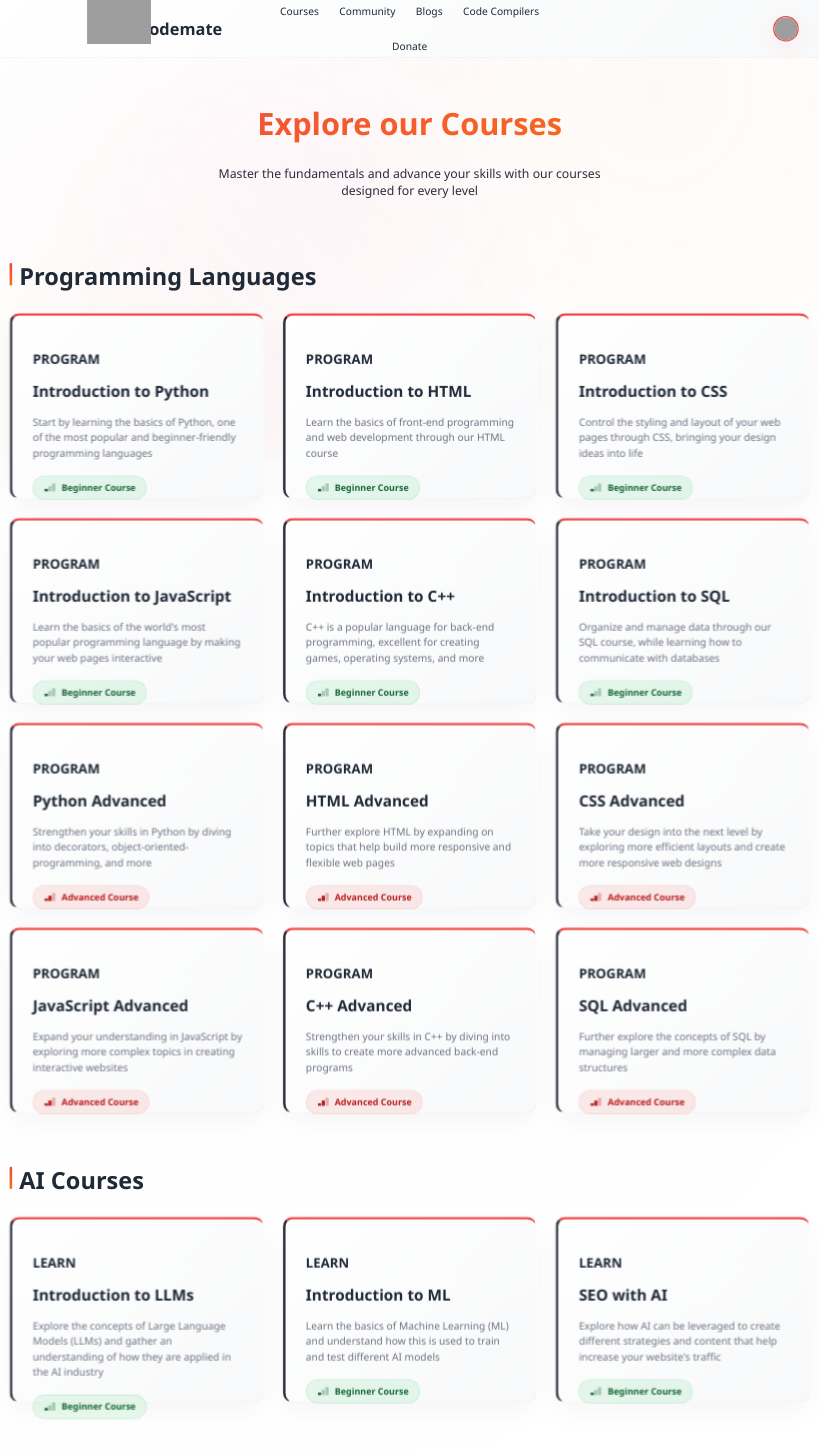
Repository: Duskofnight/code-website
Page: courses-page.html
An editor plug-in stored every save of this project. The page is shown before and after the next save, followed by the edit.
The browser window is 1280 px wide. The pictures show the whole page, at 64% of full size.
Pictures or frames that could not be fetched are drawn as grey boxes.

Above is the page before, as saved 2025-08-11 18:33:21.

After the next save:
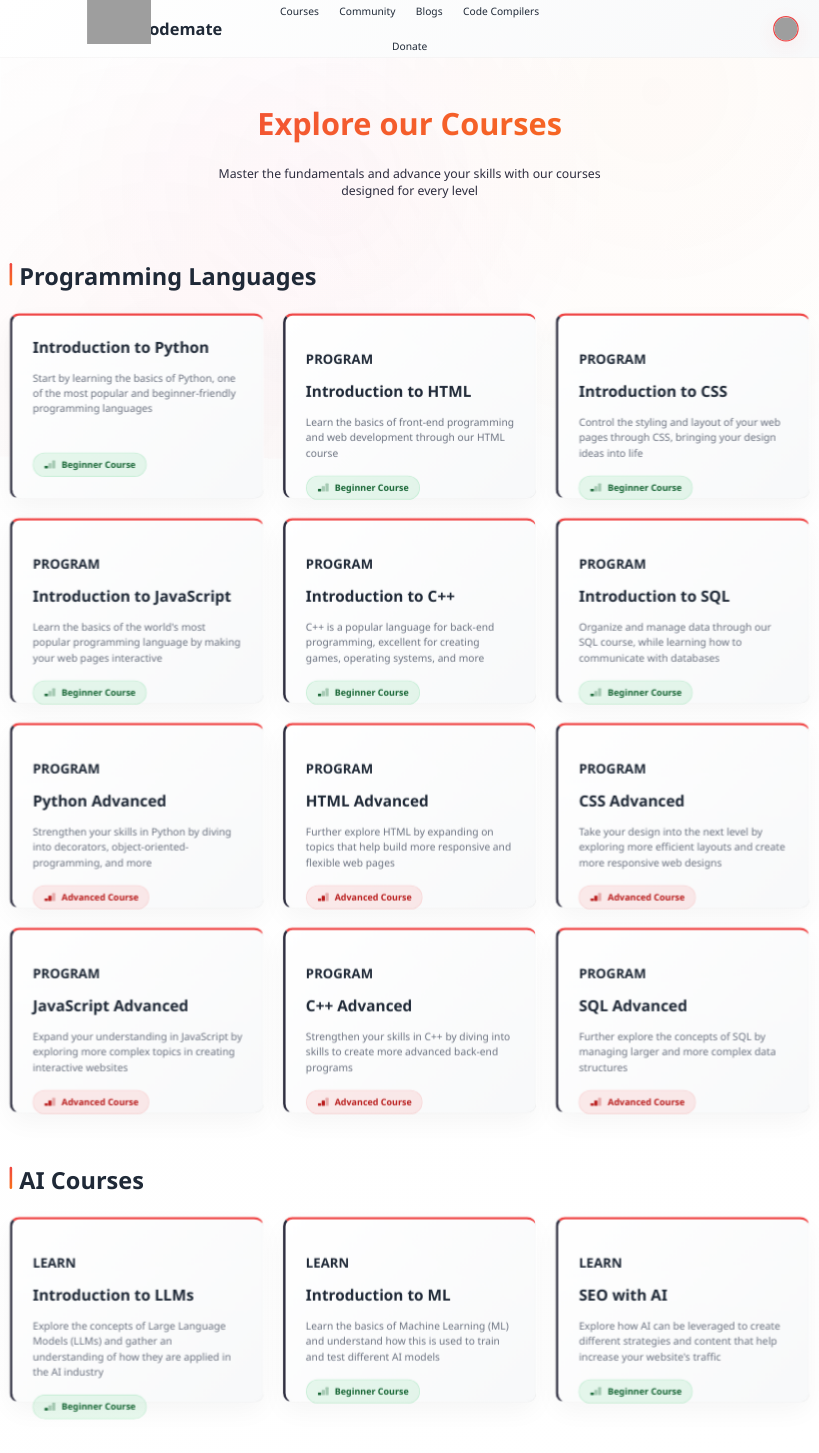
Saved 11 s later.
--- a/courses-page.html
+++ b/courses-page.html
@@ -67,7 +67,7 @@
 
 
     <a class="python-intro" href="/courses/html-introduction.html" id="course-link">
-        <h3>PROGRAM</h3>
+
         <h2>Introduction to Python</h2>
         <h3>Start by learning the basics of Python, one of the most popular and beginner-friendly programming languages</h3>
         <div class="beginner-level">

After the save that followed:
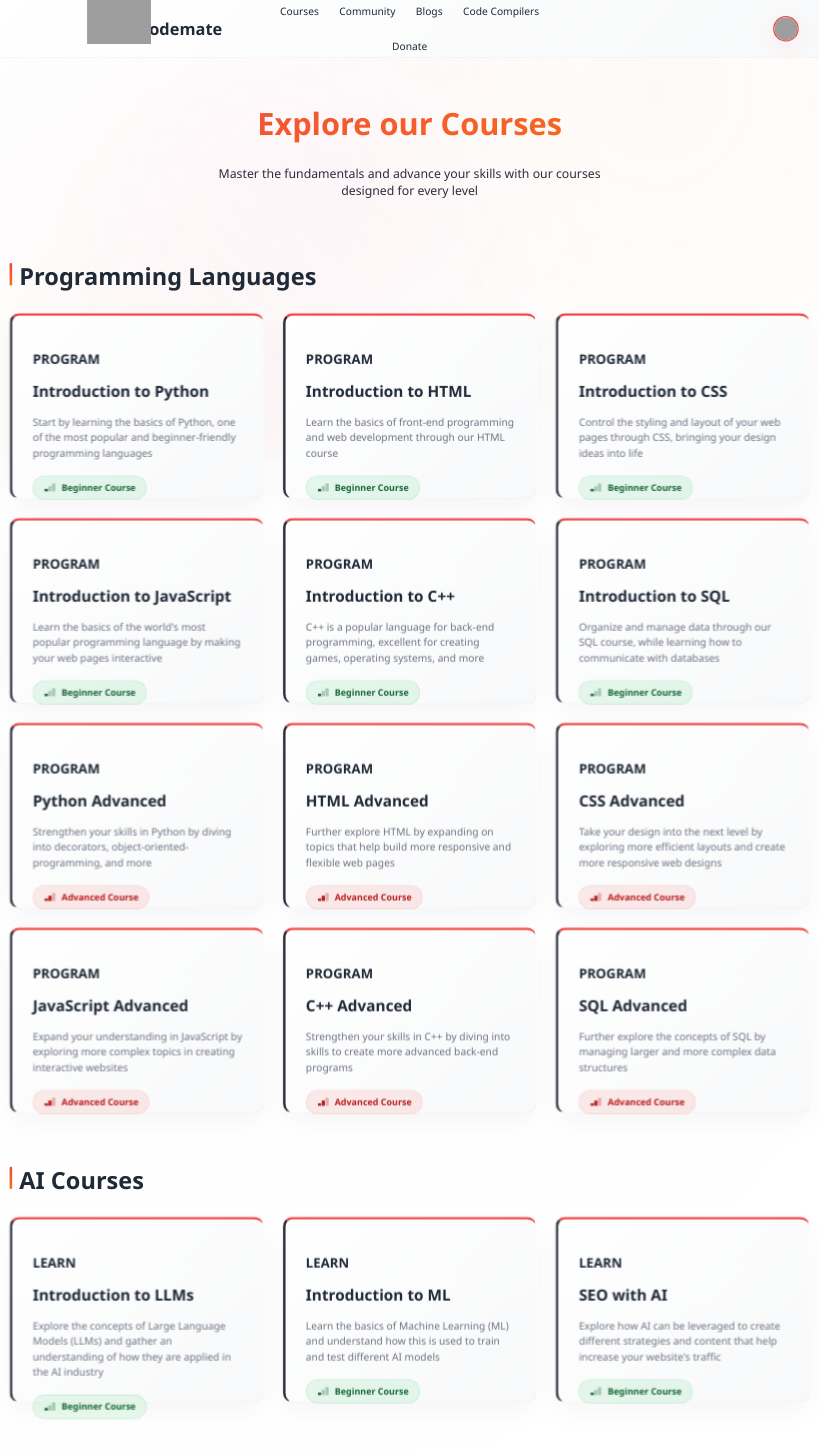
Saved 8 s later.
--- a/courses-page.html
+++ b/courses-page.html
@@ -67,7 +67,7 @@
 
 
     <a class="python-intro" href="/courses/html-introduction.html" id="course-link">
-
+        <h3>PROGRAM</h3>
         <h2>Introduction to Python</h2>
         <h3>Start by learning the basics of Python, one of the most popular and beginner-friendly programming languages</h3>
         <div class="beginner-level">
